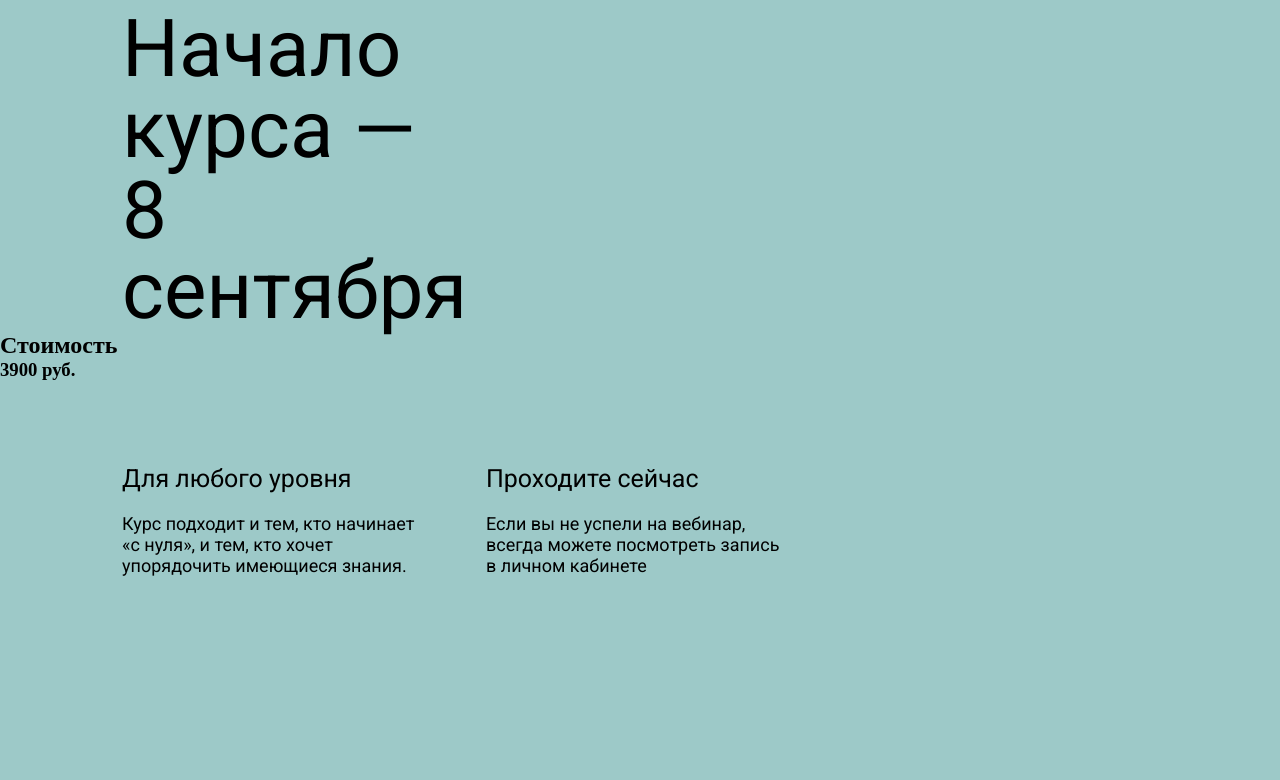
Repository: NatiqSamiyev/fiqma-task3
Page: index.html
An editor plug-in stored every save of this project. The page is shown before and after a run of saves, followed by the edit.
The browser window is 1280 px wide. The pictures show the whole page.

Above is the page before, as saved 2023-08-09 13:12:56.

After the next 2 saves:
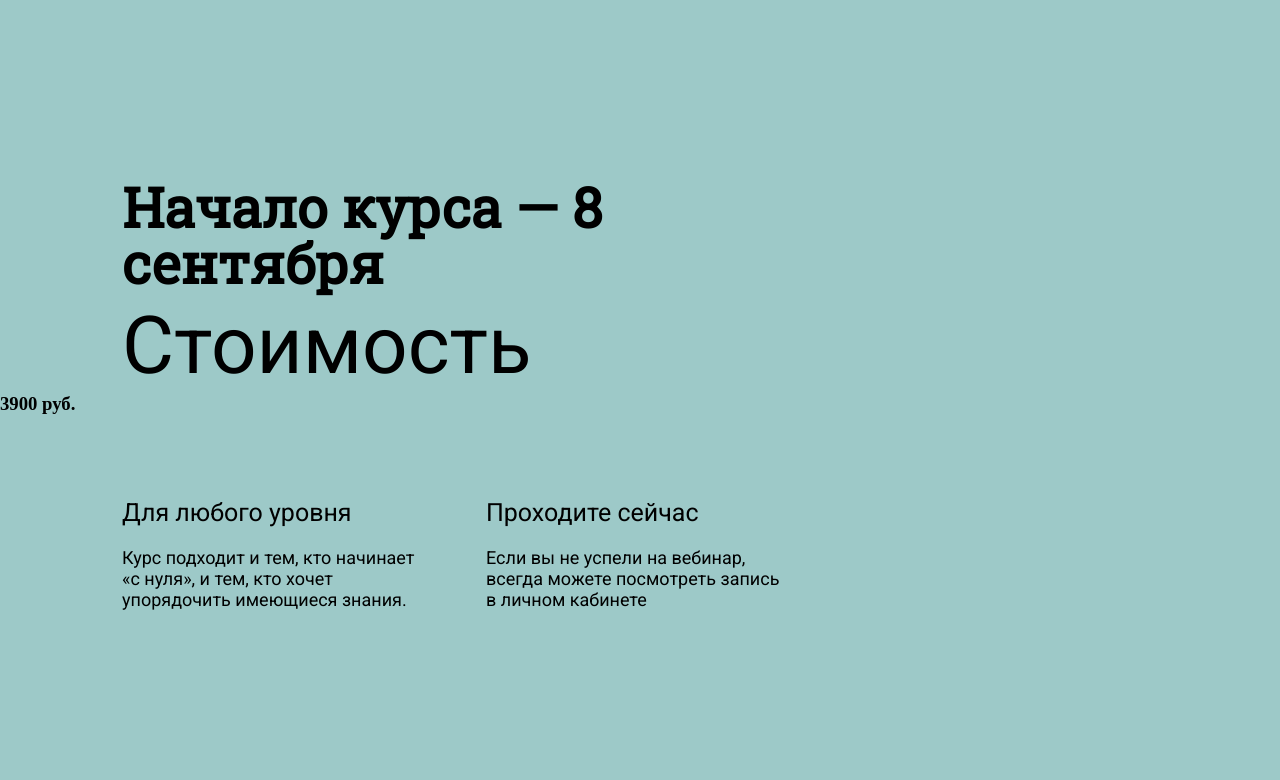
The 2 saves are shown as one change because they came seconds apart.
The last was saved 6 s later.
--- a/index.css
+++ b/index.css
@@ -21,7 +21,7 @@
   line-height: 101.385%;
 }
 
-.container h4 {
+.container h2 {
   padding: 69px 1148px 0 122px;
   font-family: Roboto;
   font-size: 25px;
@@ -29,7 +29,7 @@
   font-weight: 400;
 }
 
-.container h1 {
+.container h2 {
   padding: 9px 837px 0 122px;
   font-family: Roboto;
   font-size: 80px;
